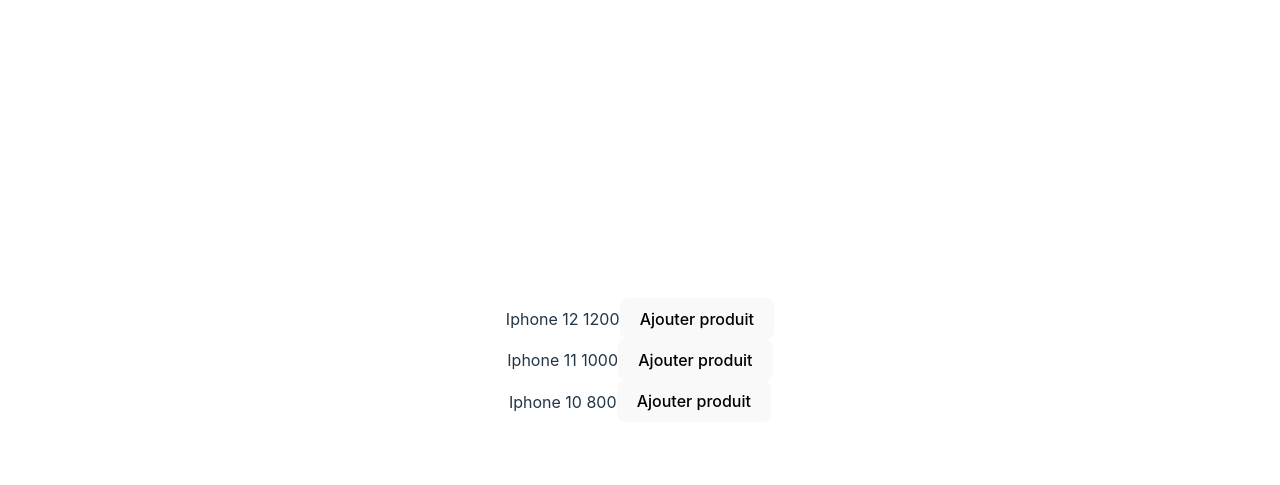
Repository: ndiemenguer/convertisseur
Page: / (app in sanogo/)
An editor plug-in stored every save of this project. The page is shown before and after the next save, followed by the edit.
The browser window is 1280 px wide. The pictures show the whole page.
The project was rebuilt for these pictures with package versions that can differ from the ones it lists, and the page was loaded fresh each time. Also part of the build but not shown: sanogo/vite.config.js.

Above is the page before, as saved 2023-07-08 11:11:42.

After the next save:
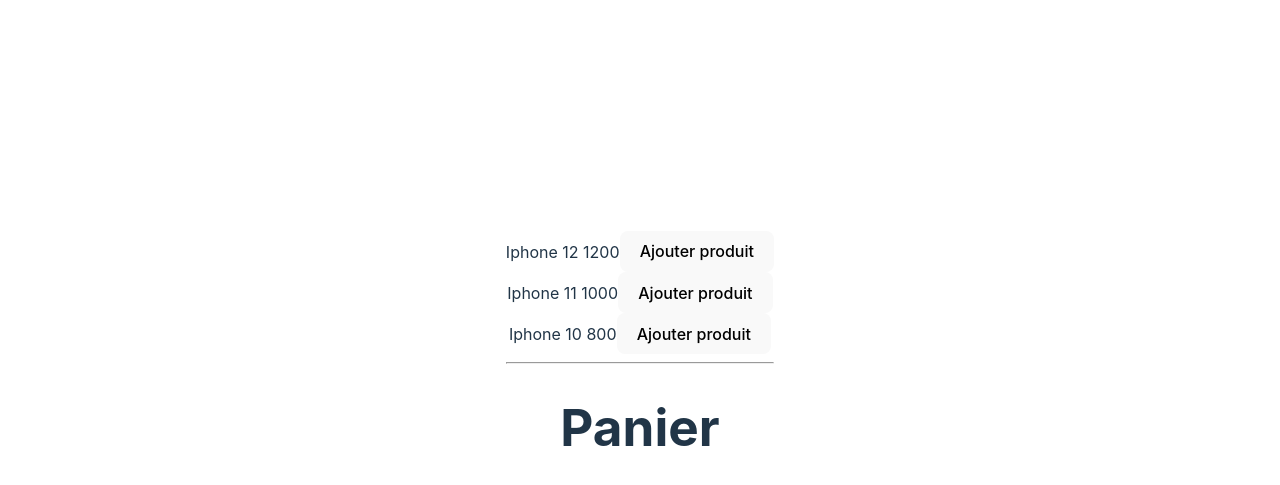
Saved 8 min 8 s later.
--- a/sanogo/src/App.jsx
+++ b/sanogo/src/App.jsx
@@ -21,6 +21,13 @@
           <button onClick={() => addToCart(item)}>Ajouter produit</button>
         </div>
       ))}
+      <hr />
+      <h1>Panier</h1>
+      {garder.map((item) => (
+        <div>
+          {item.name} {"  "}
+        </div>
+      ))}
     </>
   );
 }
